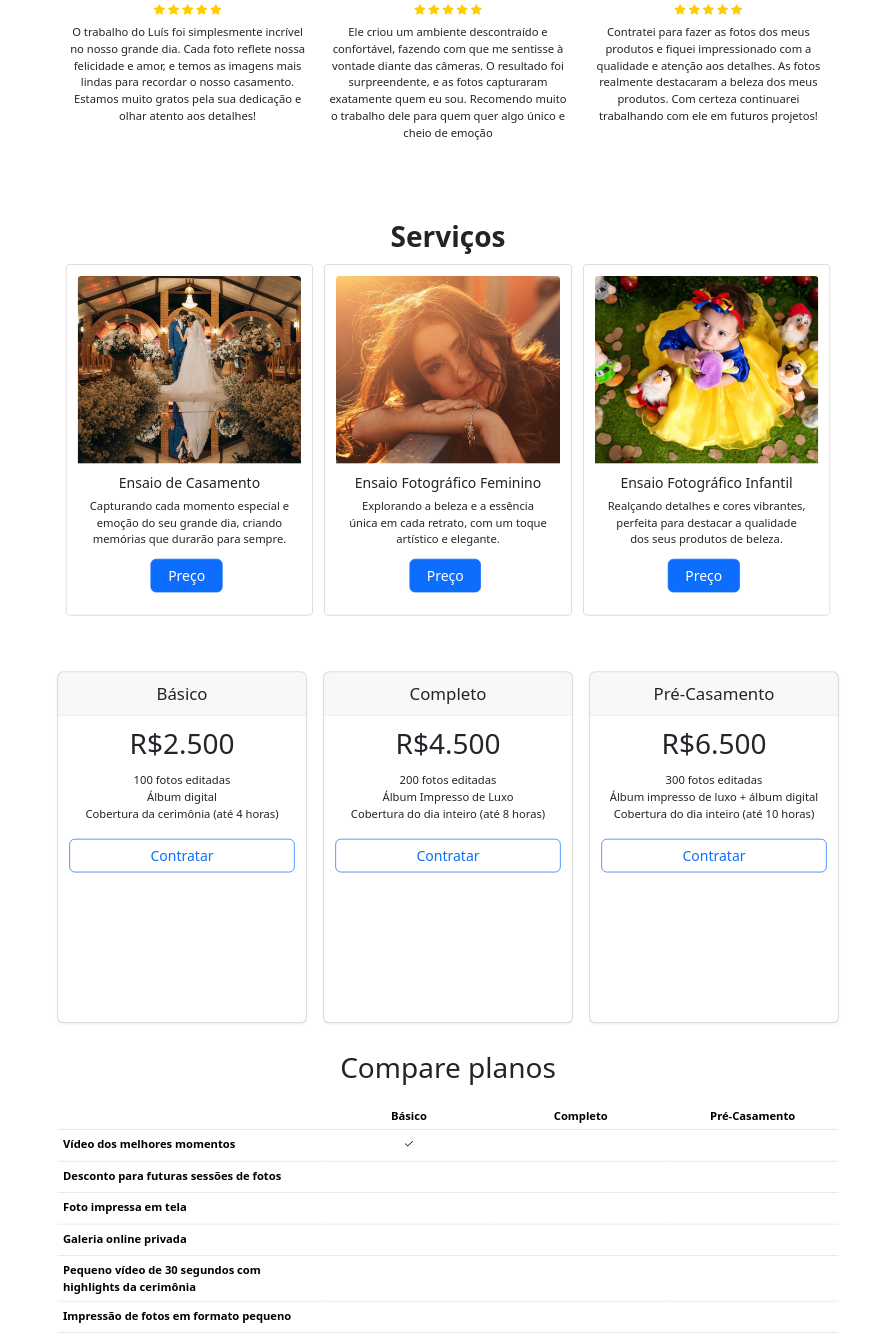
Repository: Marinalr-25/portifolio-fotografia
Page: index.html
These files come from the project's save history. The page is drawn as it stood at one moment and after the next save; the edit follows.
The browser window is 1280 px wide. The pictures show the part of the page from y = 2526 to 4446 px (the page is 4446 px tall before and 4426 px after), at 70% of full size.
A picture or video elsewhere on the page could not be fetched, so the positions and the page height are approximate.

Above is the page before, as saved 2025-01-20 15:04:51.

### index.html
<!DOCTYPE html>
<html lang="pt-BR" data-bs-theme="dark">
  <head>
    <meta charset="utf-8" />
    <meta name="viewport" content="width=device-width, initial-scale=1" />
    <title>Portifolio Fotográfia</title>
    <link
      href="https://cdn.jsdelivr.net/npm/bootstrap@5.3.3/dist/css/bootstrap.min.css"
      rel="stylesheet"
      integrity="sha384-QWTKZyjpPEjISv5WaRU9OFeRpok6YctnYmDr5pNlyT2bRjXh0JMhjY6hW+ALEwIH"
      crossorigin="anonymous"
    />
    <!-- Bootstrap Icons -->
    <link
      href="https://cdn.jsdelivr.net/npm/bootstrap-icons/font/bootstrap-icons.css"
      rel="stylesheet"
    />
    <link rel="stylesheet" href="css/style.css" />
  </head>
  <body>
    <!-- Header -->
    <div class="container">
      <header
        class="d-flex flex-wrap justify-content-center py-3 mb-4 border-bottom fixed-top header header-light"
      >
        <a
          href="/"
          class="d-flex align-items-center mb-3 mb-md-0 me-md-auto link-body-emphasis text-decoration-none"
        >
          <svg
            xmlns="http://www.w3.org/2000/svg"
            width="40"
            height="32"
            class="d-block m-4 my-1 m"
            viewBox="0 0 118 94"
            role="img"
          >
            <title>Bootstrap</title>
            <path
              fill-rule="evenodd"
              clip-rule="evenodd"
              d="M24.509 0c-6.733 0-11.715 5.893-11.492 12.284.214 6.14-.064 14.092-2.066 20.577C8.943 39.365 5.547 43.485 0 44.014v5.972c5.547.529 8.943 4.649 10.951 11.153 2.002 6.485 2.28 14.437 2.066 20.577C12.794 88.106 17.776 94 24.51 94H93.5c6.733 0 11.714-5.893 11.491-12.284-.214-6.14.064-14.092 2.066-20.577 2.009-6.504 5.396-10.624 10.943-11.153v-5.972c-5.547-.529-8.934-4.649-10.943-11.153-2.002-6.484-2.28-14.437-2.066-20.577C105.214 5.894 100.233 0 93.5 0H24.508zM80 57.863C80 66.663 73.436 72 62.543 72H44a2 2 0 01-2-2V24a2 2 0 012-2h18.437c9.083 0 15.044 4.92 15.044 12.474 0 5.302-4.01 10.049-9.119 10.88v.277C75.317 46.394 80 51.21 80 57.863zM60.521 28.34H49.948v14.934h8.905c6.884 0 10.68-2.772 10.68-7.727 0-4.643-3.264-7.207-9.012-7.207zM49.948 49.2v16.458H60.91c7.167 0 10.964-2.876 10.964-8.281 0-5.406-3.903-8.178-11.425-8.178H49.948z"
              fill="currentColor"
            ></path>
          </svg>
          <span class="fs-4">Fotográfo Bootstrap</span>
        </a>

        <ul class="nav nav-pills">
          <li class="nav-item">
            <a href="#home" class="nav-link" aria-current="page">Home</a>
          </li>
          <li class="nav-item">
            <a href="#galeria" class="nav-link">Galeria</a>
          </li>
          <li class="nav-item">
            <a href="#sobre" class="nav-link">Sobre mim</a>
          </li>
          <li class="nav-item">
            <a href="#clientes" class="nav-link">Depoimentos</a>
          </li>
          <li class="nav-item">
            <a href="#servicos" class="nav-link">Serviços</a>
          </li>
          <li class="nav-item">
            <a href="#contato" class="nav-link">Contato</a>
          </li>
          <button id="toggleThemeBtn" class="btn btn-light me-3">
            <i id="themeIcon" class="bi bi-brightness-high"></i>
          </button>
        </ul>
      </header>
    </div>

    <!-- Hero -->
    <div id="home" class="container col-xxl-8 px-4 py-5">
      <div class="row flex-lg-row-reverse align-items-center g-5 py-5">
        <div class="col-10 col-sm-8 col-lg-6">
          <img
            src="src/fotografiaHero.jpg"
            class="d-block mx-lg-auto img-fluid img-hero"
            alt="Bootstrap Themes"
            width="700"
            height="500"
            loading="lazy"
          />
        </div>
        <div class="col-lg-6">
          <h1 class="fw-bold text-body-emphasis lh-1 mb-3">
            Capturando Momentos, Criando Memórias
          </h1>
          <p class="lead">
            Com uma abordagem única e criativa, busco capturar a essência de
            cada cena e emoção. Meu trabalho é uma mistura de técnica, paixão e
            sensibilidade. Através da minha lente, tento criar imagens que falam
            por si mesmas.
          </p>
          <div class="d-grid gap-2 d-md-flex justify-content-md-start">
            <button type="button" class="btn btn-primary btn-lg px-4 me-md-2">
              Veja meu trabalho
            </button>
            <button type="button" class="btn btn-outline-secondary btn-lg px-4">
              Entre em Contato
            </button>
          </div>
        </div>
      </div>
    </div>

    <!-- Galeria -->
    <div id="galeria" class="container text-center col-xxl-8 px-4 py-5">
      <h1 class="fw-bold mb-3">Galeria</h1>
      <div class="row">
        <div class="col-sm-6 col-md-4 col-lg-3 text-center mb-4">
          <img
            class="ensaio object-fit-cover img-thumbnail"
            src="src/galeria-ensaio1.jpg"
            alt="ensaio 1"
          />
        </div>
        <div class="caixa col-sm-6 col-md-4 col-lg-3 mb-4">
          <img
            class="ensaio object-fit-cover img-thumbnail"
            src="src/galeria-ensaio2.jpg"
            alt="ensaio 1"
          />
        </div>
        <div class="col-sm-6 col-md-4 col-lg-3 mb-4">
          <img
            class="ensaio object-fit-cover border rounded img-thumbnail"
            src="src/galeria-ensaio3.jpg"
            alt="ensaio 1"
          />
        </div>
        <div class="col-sm-6 col-md-4 col-lg-3 mb-4">
          <img
            class="ensaio object-fit-cover img-thumbnail"
            src="src/galeria-ensaio4.jpg"
            alt="ensaio 1"
          />
        </div>
        <div class="col-sm-6 col-md-4 col-lg-3 mb-4">
          <img
            class="ensaio object-fit-cover img-thumbnail"
            src="src/galeria-ensaio5.jpg"
            alt="ensaio 1"
          />
        </div>
        <div class="col-sm-6 col-md-4 col-lg-3 mb-4">
          <img
            class="ensaio menino object-fit-cover img-thumbnail"
            src="src/galeria-ensaio6.jpg"
            alt="ensaio 1"
          />
        </div>
        <div class="col-sm-6 col-md-4 col-lg-3 mb-4">
          <img
            class="ensaio object-fit-cover img-thumbnail"
            src="src/galeria-ensaio7.jpg"
            alt="ensaio 1"
          />
        </div>
        <div class="col-sm-6 col-md-4 col-lg-3 mb-4">
          <img
            class="ensaio object-fit-cover img-thumbnail"
            src="src/galeria-ensaio8.jpeg"
            alt="ensaio 1"
          />
        </div>
      </div>
    </div>

    <!-- Sobre mim -->
    <div id="sobre" class="container px-4 py-5">
      <div class="row justify-content-center align-items-center">
        <h1 class="fw-bold mb-3 text-center">Sobre Mim</h1>
        <div
          class="row p-3 border border-2 d-flex justify-content-center align-items-center"
        >
          <div class="col-lg-8 pe-3">
            <p class="lead">
              Olá! Meu nome é Luís, sou fotógrafo apaixonado por capturar a
              beleza do mundo e das pessoas através da minha lente. Desde jovem,
              sempre tive uma afinidade pela arte visual, o que me levou a
              explorar a fotografia como uma forma de expressão.
            </p>
            <p class="lead">
              Com uma formação sólida e experiência prática, minha especialidade
              está em fotografia de retratos, eventos, casamentos e produtos,
              mas sempre busco inovar e desafiar meus próprios limites
              criativos. Acredito que cada fotografia conta uma história única e
              é capaz de transmitir emoções que palavras não podem expressar.
            </p>
            <p class="lead">
              A fotografia para mim é mais do que apenas um trabalho – é uma
              paixão que me permite conectar com o mundo e com as pessoas de uma
              maneira muito especial. Cada clique é uma oportunidade de
              eternizar sentimentos, momentos e histórias.
            </p>
            <p class="lead">
              Estou sempre em busca de novas experiências e oportunidades para
              expandir minha visão artística e, assim, oferecer o melhor para
              cada pessoa que confia em meu trabalho.
            </p>
          </div>
          <div class="fotografo"></div>
        </div>
      </div>
    </div>

    <!-- Clientes -->
    <div id="clientes" class="container col-xxl-8 px-4 py-5">
      <div class="col mx-auto">
        <h1 class="fw-bold text-center mb-5">Depoimentos</h1>
        <div class="row">
          <div class="col-lg-4 text-center">
            <h3>Luana Silva</h3>
            <div class="mb-2">
              <i class="bi bi-star-fill estrela"></i>
              <i class="bi bi-star-fill estrela"></i>
              <i class="bi bi-star-fill estrela"></i>
              <i class="bi bi-star-fill estrela"></i>
              <i class="bi bi-star-fill estrela"></i>
            </div>

            <p>
              O trabalho do Luís foi simplesmente incrível no nosso grande dia.
              Cada foto reflete nossa felicidade e amor, e temos as imagens mais
              lindas para recordar o nosso casamento. Estamos muito gratos pela
              sua dedicação e olhar atento aos detalhes!
            </p>
          </div>
          <div class="col-lg-4 text-center">
            <h3>Gabrielly Carvalho</h3>
            <div class="mb-2">
              <i class="bi bi-star-fill estrela"></i>
              <i class="bi bi-star-fill estrela"></i>
              <i class="bi bi-star-fill estrela"></i>
              <i class="bi bi-star-fill estrela"></i>
              <i class="bi bi-star-fill estrela"></i>
            </div>
            <p>
              Ele criou um ambiente descontraído e confortável, fazendo com que
              me sentisse à vontade diante das câmeras. O resultado foi
              surpreendente, e as fotos capturaram exatamente quem eu sou.
              Recomendo muito o trabalho dele para quem quer algo único e cheio
              de emoção
            </p>
          </div>
          <div class="col-lg-4 text-center">
            <h3>Aline Santos</h3>
            <div class="mb-2">
              <i class="bi bi-star-fill estrela"></i>
              <i class="bi bi-star-fill estrela"></i>
              <i class="bi bi-star-fill estrela"></i>
              <i class="bi bi-star-fill estrela"></i>
              <i class="bi bi-star-fill estrela"></i>
            </div>
            <p>
              Contratei para fazer as fotos dos meus produtos e fiquei
              impressionado com a qualidade e atenção aos detalhes. As fotos
              realmente destacaram a beleza dos meus produtos. Com certeza
              continuarei trabalhando com ele em futuros projetos!
            </p>
          </div>
        </div>
      </div>
    </div>

    <!-- Servicos -->
    <div id="servicos" class="container col-xxl-8 px-4 py-5 p-4 text-center">
      <h1 class="fw-bold mb-3">Serviços</h1>
      <div class="row g-3 mb-4">
        <div class="col-lg-4 col-12">
          <div class="card p-3 mb-2">
            <img
              src="src/casamento.webp"
              class="card-img-top"
              alt="ensaio fotografico de casamento"
            />
            <div class="card-body">
              <h5 class="card-title">Ensaio de Casamento</h5>
              <p class="card-text">
                Capturando cada momento especial e emoção do seu grande dia,
                criando memórias que durarão para sempre.
              </p>
              <button
                id="precoCasamento"
                type="button"
                class="btn btn-primary btn-lg px-4 me-md-2"
              >
                Preço
              </button>
            </div>
          </div>
        </div>
        <div class="col-lg-4 col-12">
          <div class="card p-3 mb-2">
            <img
              src="src/ensaiofotografico.jpeg"
              class="card-img-top"
              alt="ensaio fotografico de uma mulher"
            />
            <div class="card-body">
              <h5 class="card-title">Ensaio Fotográfico Feminino</h5>
              <p class="card-text">
                Explorando a beleza e a essência única em cada retrato, com um
                toque artístico e elegante.
              </p>
              <button
                id="precoFeminino"
                type="button"
                class="btn btn-primary btn-lg px-4 me-md-2"
              >
                Preço
              </button>
            </div>
          </div>
        </div>
        <div class="col-lg-4 col-12">
          <div class="card p-3 mb-2">
            <img
              src="src/crianca.jpeg"
              class="card-img-top"
              alt="ensaio fotografico de produto (maquiagem)"
            />
            <div class="card-body">
              <h5 class="card-title">Ensaio Fotográfico Infantil</h5>
              <p class="card-text">
                Realçando detalhes e cores vibrantes, perfeita para destacar a
                qualidade dos seus produtos de beleza.
              </p>
              <button
                id="precoCrianca"
                type="button"
                class="btn btn-primary btn-lg px-4 me-md-2"
              >
                Preço
              </button>
            </div>
          </div>
        </div>
      </div>
    </div>

    <!-- Preco -->
    <div class="container casamento">
      <div class="row row-cols-1 row-cols-md-3 mb-3 text-center">
        <div class="col">
          <div class="card mb-4 rounded-3 shadow-sm">
            <div class="card-header py-3">
              <h4 class="my-0 fw-normal">Básico</h4>
            </div>
            <div class="card-body">
              <h1 class="card-title pricing-card-title">R$2.500</h1>
              <ul class="list-unstyled mt-3 mb-4">
                <li>100 fotos editadas</li>
                <li>Álbum digital</li>
                <li>Cobertura da cerimônia (até 4 horas)</li>
              </ul>
              <button
                type="button"
                class="w-100 btn btn-lg btn-outline-primary"
              >
                Contratar
              </button>
            </div>
          </div>
        </div>
        <div class="col">
          <div class="card mb-4 rounded-3 shadow-sm">
            <div class="card-header py-3">
              <h4 class="my-0 fw-normal">Completo</h4>
            </div>
            <div class="card-body">
              <h1 class="card-title pricing-card-title">R$4.500</h1>
              <ul class="list-unstyled mt-3 mb-4">
                <li>200 fotos editadas</li>
                <li>Álbum Impresso de Luxo</li>
                <li>Cobertura do dia inteiro (até 8 horas)</li>
              </ul>
              <button
                type="button"
                class="w-100 btn btn-lg btn-outline-primary"
              >
                Contratar
              </button>
            </div>
          </div>
        </div>
        <div class="col">
          <div class="card mb-4 rounded-3 shadow-sm">
            <div class="card-header py-3">
              <h4 class="my-0 fw-normal">Pré-Casamento</h4>
            </div>
            <div class="card-body">
              <h1 class="card-title pricing-card-title">R$6.500</h1>
              <ul class="list-unstyled mt-3 mb-4">
                <li>300 fotos editadas</li>
                <li>Álbum impresso de luxo + álbum digital</li>
                <li>Cobertura do dia inteiro (até 10 horas)</li>
              </ul>
              <button
                type="button"
                class="w-100 btn btn-lg btn-outline-primary"
              >
                Contratar
              </button>
            </div>
          </div>
        </div>
      </div>
      <h2 class="display-6 text-center mb-4">Compare planos</h2>
      <div class="table-responsive">
        <table class="table text-center">
          <thead>
            <tr>
              <th style="width: 34%"></th>
              <th style="width: 22%">Básico</th>
              <th style="width: 22%">Completo</th>
              <th style="width: 22%">Pré-Casamento</th>
            </tr>
          </thead>
          <tbody>
            <tr>
              <th scope="row" class="text-start">
                Vídeo dos melhores momentos
              </th>
              <td>
                <svg
                  xmlns="http://www.w3.org/2000/svg"
                  width="16"
                  height="16"
                  fill="#000"
                  class="bi bi-check2"
                  viewBox="0 0 16 16"
                >
                  <path
                    d="M13.854 3.646a.5.5 0 0 1 0 .708l-7 7a.5.5 0 0 1-.708 0l-3.5-3.5a.5.5 0 1 1 .708-.708L6.5 10.293l6.646-6.647a.5.5 0 0 1 .708 0"
                  />
                </svg>
              </td>
              <td>
                <svg class="bi" width="24" height="24">
                  <use xlink:href="#check" />
                </svg>
              </td>
              <td>
                <svg class="bi" width="24" height="24">
                  <use xlink:href="#check" />
                </svg>
              </td>
            </tr>

            <tr>
              <th scope="row" class="text-start">
                Desconto para futuras sessões de fotos
              </th>
              <td></td>
              <td>
                <svg class="bi" width="24" height="24">
                  <use xlink:href="#check" />
                </svg>
              </td>
              <td>
                <svg class="bi" width="24" height="24">
                  <use xlink:href="#check" />
                </svg>
              </td>
            </tr>

            <tr>
              <th scope="row" class="text-start">Foto impressa em tela</th>
              <td>
                <svg class="bi" width="24" height="24">
                  <use xlink:href="#check" />
                </svg>
              </td>
              <td>
                <svg class="bi" width="24" height="24">
                  <use xlink:href="#check" />
                </svg>
              </td>
              <td>
                <svg class="bi" width="24" height="24">
                  <use xlink:href="#check" />
                </svg>
              </td>
            </tr>

            <tr>
              <th scope="row" class="text-start">Galeria online privada</th>
              <td></td>
              <td>
                <svg class="bi" width="24" height="24">
                  <use xlink:href="#check" />
                </svg>
              </td>
              <td>
                <svg class="bi" width="24" height="24">
                  <use xlink:href="#check" />
                </svg>
              </td>
            </tr>

            <tr>
              <th scope="row" class="text-start">
                Pequeno vídeo de 30 segundos com highlights da cerimônia
              </th>
              <td></td>
              <td>
                <svg class="bi" width="24" height="24">
                  <use xlink:href="#check" />
                </svg>
              </td>
              <td>
                <svg class="bi" width="24" height="24">
                  <use xlink:href="#check" />
                </svg>
              </td>
            </tr>

            <tr>
              <th scope="row" class="text-start">
                Impressão de fotos em formato pequeno
              </th>
              <td></td>
              <td></td>
              <td>
                <svg class="bi" width="24" height="24">
                  <use xlink:href="#check" />
                </svg>
              </td>
            </tr>
          </tbody>
        </table>
      </div>
    </div>

    <script
      src="https://cdn.jsdelivr.net/npm/@popperjs/core@2.11.8/dist/umd/popper.min.js"
      integrity="sha384-I7E8VVD/ismYTF4hNIPjVp/Zjvgyol6VFvRkX/vR+Vc4jQkC+hVqc2pM8ODewa9r"
      crossorigin="anonymous"
    ></script>
    <script
      src="https://cdn.jsdelivr.net/npm/bootstrap@5.3.3/dist/js/bootstrap.min.js"
      integrity="sha384-0pUGZvbkm6XF6gxjEnlmuGrJXVbNuzT9qBBavbLwCsOGabYfZo0T0to5eqruptLy"
      crossorigin="anonymous"
    ></script>
    <script src="js/script.js"></script>
  </body>
</html>

### css/style.css
/* Style Bootstrap */

.bd-placeholder-img {
  font-size: 1.125rem;
  text-anchor: middle;
  -webkit-user-select: none;
  -moz-user-select: none;
  user-select: none;
}

@media (min-width: 768px) {
  .bd-placeholder-img-lg {
    font-size: 3.5rem;
  }
}

.b-example-divider {
  width: 100%;
  height: 3rem;
  background-color: rgba(0, 0, 0, 0.1);
  border: solid rgba(0, 0, 0, 0.15);
  border-width: 1px 0;
  box-shadow: inset 0 0.5em 1.5em rgba(0, 0, 0, 0.1),
    inset 0 0.125em 0.5em rgba(0, 0, 0, 0.15);
}

.b-example-vr {
  flex-shrink: 0;
  width: 1.5rem;
  height: 100vh;
}

.bi {
  vertical-align: -0.125em;
  fill: currentColor;
}

.nav-scroller {
  position: relative;
  z-index: 2;
  height: 2.75rem;
  overflow-y: hidden;
}

.nav-scroller .nav {
  display: flex;
  flex-wrap: nowrap;
  padding-bottom: 1rem;
  margin-top: -1px;
  overflow-x: auto;
  text-align: center;
  white-space: nowrap;
  -webkit-overflow-scrolling: touch;
}

.btn-bd-primary {
  --bd-violet-bg: #712cf9;
  --bd-violet-rgb: 112.520718, 44.062154, 249.437846;

  --bs-btn-font-weight: 600;
  --bs-btn-color: var(--bs-white);
  --bs-btn-bg: var(--bd-violet-bg);
  --bs-btn-border-color: var(--bd-violet-bg);
  --bs-btn-hover-color: var(--bs-white);
  --bs-btn-hover-bg: #6528e0;
  --bs-btn-hover-border-color: #6528e0;
  --bs-btn-focus-shadow-rgb: var(--bd-violet-rgb);
  --bs-btn-active-color: var(--bs-btn-hover-color);
  --bs-btn-active-bg: #5a23c8;
  --bs-btn-active-border-color: #5a23c8;
}

.bd-mode-toggle {
  z-index: 1500;
}

.bd-mode-toggle .dropdown-menu .active .bi {
  display: block !important;
}

/* CSS próprio */
#galeria,
#sobre,
#clientes {
  scroll-margin-top: 50px;
}
/* Header */
.header-light {
  background-color: #fff;
  color: #000;
}

.header-dark {
  background-color: #212529;
  color: #fff;
}

/* Hero */
.img-hero {
  width: 1000px;
}

/* Galeria */
.ensaio {
  width: 100%;
  height: 250px;
}

.card {
  height: 502px;
}

/* sobre mim */
.fotografo {
  background-image: url(/src/fotografosombracortada.png);
  background-position: center;
  background-repeat: no-repeat;
  background-size: contain;
  width: 364px;
  height: 308px;
}

/* Clientes */
.estrela {
  color: #ffcc00;
}

/* Servico */
.card-img-top {
  width: 100%;
  height: 300px;
  object-fit: cover;
}

.menino {
  object-position: 50% 35%;
}

.casamento {
  display: block;
}

td > svg {
  color: #000;
}

Loaded but not shown: js/script.js (43 lines, source omitted)

After the next save:
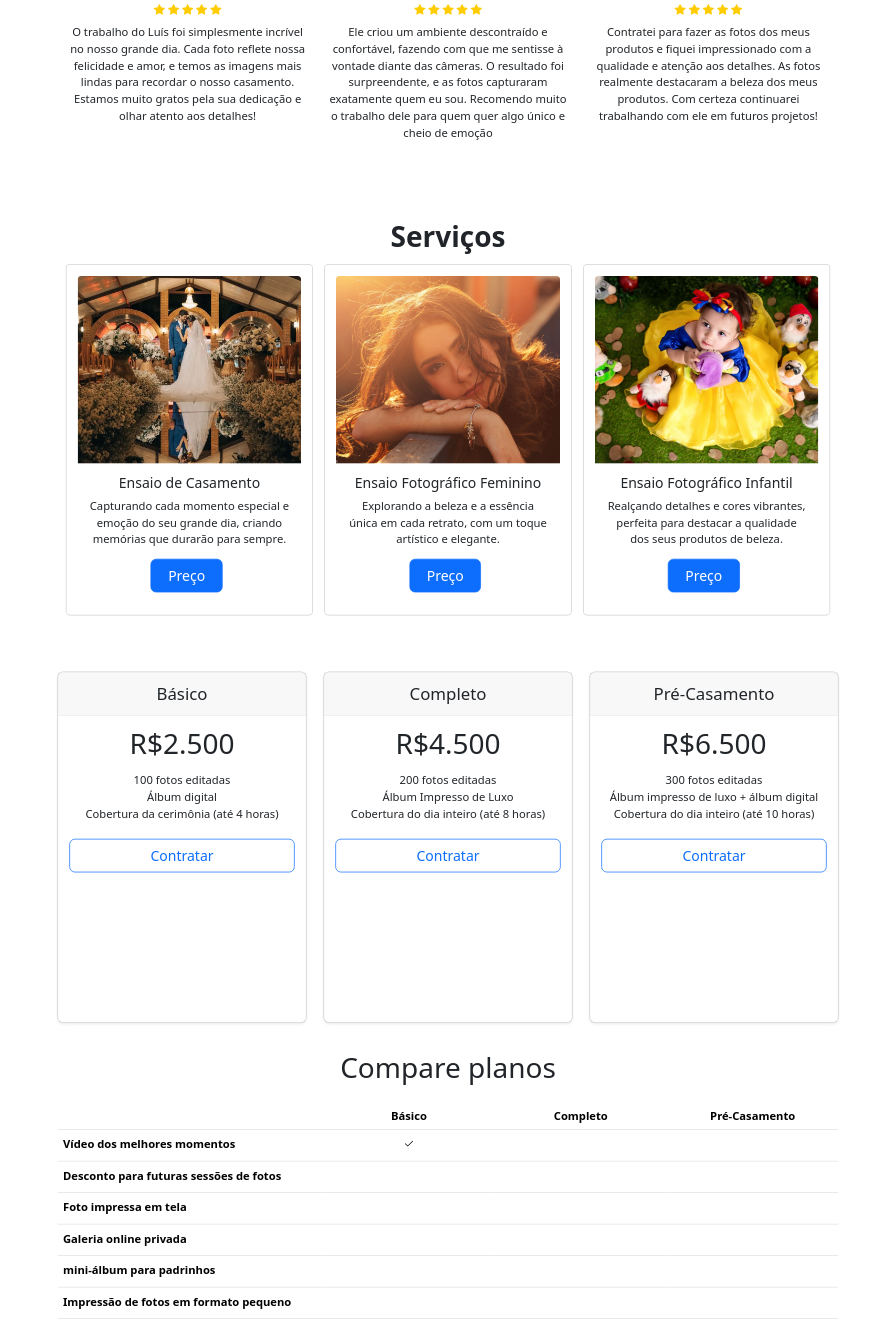
Saved 3 min 5 s later.
--- a/index.html
+++ b/index.html
@@ -504,9 +504,7 @@
             </tr>
 
             <tr>
-              <th scope="row" class="text-start">
-                Pequeno vídeo de 30 segundos com highlights da cerimônia
-              </th>
+              <th scope="row" class="text-start">mini-álbum para padrinhos</th>
               <td></td>
               <td>
                 <svg class="bi" width="24" height="24">
